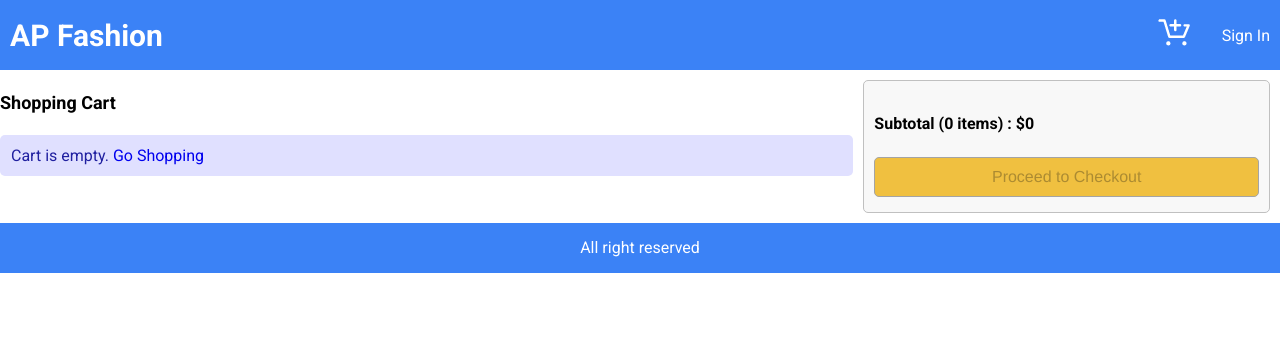
Repository: rexhep/e-commerce
Page: /cart (app in frontend/)
These files come from the project's save history. The page is drawn as it stood at one moment and after the next save; the edit follows.
The browser window is 1280 px wide. The pictures show the whole page.
The project was rebuilt for these pictures with package versions that can differ from the ones it lists, and the page was loaded fresh each time. Also part of the build but not shown: frontend/src/actions/userActions.js, frontend/src/components/clientHeader/ClientHeader.jsx, frontend/src/components/Rating.js, frontend/src/components/Product.js, frontend/src/components/LoadingBox.js, frontend/src/actions/productActions.js, frontend/src/components/clientHeader/HeaderSlider.jsx, frontend/src/pages/HomePage.js and 21 more.

Above is the page before, as saved 2021-10-13 00:43:24.

### frontend/public/index.html
<!DOCTYPE html>
<html lang="en">
  <head>
    <meta charset="utf-8" />
    <link rel="icon" href="%PUBLIC_URL%/favicon.ico" />
    <meta name="viewport" content="width=device-width, initial-scale=1" />
    <meta name="theme-color" content="#000000" />
    <meta
      name="description"
      content="Web site created using create-react-app"
    />
    <link rel="apple-touch-icon" href="%PUBLIC_URL%/logo192.png" />
    <!--
      manifest.json provides metadata used when your web app is installed on a
      user's mobile device or desktop. See https://developers.google.com/web/fundamentals/web-app-manifest/
    -->
    <link rel="manifest" href="%PUBLIC_URL%/manifest.json" />
    <!--
      Notice the use of %PUBLIC_URL% in the tags above.
      It will be replaced with the URL of the `public` folder during the build.
      Only files inside the `public` folder can be referenced from the HTML.

      Unlike "/favicon.ico" or "favicon.ico", "%PUBLIC_URL%/favicon.ico" will
      work correctly both with client-side routing and a non-root public URL.
      Learn how to configure a non-root public URL by running `npm run build`.
    -->
    <link
        rel="stylesheet"
        href="https://cdnjs.cloudflare.com/ajax/libs/font-awesome/4.7.0/css/font-awesome.min.css"
      />
      <link rel="preconnect" href="https://fonts.googleapis.com">
      <link href="https://fonts.googleapis.com/css2?family=Roboto:ital,wght@0,100;0,300;0,400;0,500;0,700;0,900;1,100;1,300;1,400;1,500;1,700;1,900&display=swap" rel="stylesheet">
    <title>React App</title>
  </head>
  <body>
    <noscript>You need to enable JavaScript to run this app.</noscript>
    <div id="root"></div>
    <!--
      This HTML file is a template.
      If you open it directly in the browser, you will see an empty page.

      You can add webfonts, meta tags, or analytics to this file.
      The build step will place the bundled scripts into the <body> tag.

      To begin the development, run `npm start` or `yarn start`.
      To create a production bundle, use `npm run build` or `yarn build`.
    -->
  </body>
</html>

### frontend/src/index.js
import React from 'react';
import { Provider } from 'react-redux';
import ReactDOM from 'react-dom';
import './index.css';
import App from './App';
import reportWebVitals from './reportWebVitals';
import store from './store';

ReactDOM.render(
  <Provider store={store}>
    <React.StrictMode>
      <App />
    </React.StrictMode>
  </Provider>,
  document.getElementById('root')
);

// If you want to start measuring performance in your app, pass a function
// to log results (for example: reportWebVitals(console.log))
// or send to an analytics endpoint. Learn more: https://bit.ly/CRA-vitals
reportWebVitals();

### frontend/src/index.css
html {
  font-size: 62.5%; /* 16px x 62.5 = 10px = 1rem */
  box-sizing: border-box;
}

body {
  margin: 0;
  height: 100vh;
  font-size: 1.6rem;
  font-family: 'Roboto', sans-serif;
  -webkit-font-smoothing: antialiased;
  -moz-osx-font-smoothing: grayscale;
}
#root {
  height: 100%;
}

/* Layout */
.primary-container {
  margin-top: 20px;
}
.grid-container {
  display: grid;
  grid-template-areas:
  'header'
  'main'
  'footer';
  grid-template-columns: 1fr;
  grid-template-rows: 5rem 1fr 5rem;
  height: 100%;
}

header {
  grid-area: header;
  background-color: #3B82F6;
  height: 50px;
}

main {
  /* grid-area: main;
  padding: 1rem; */
}

footer {
  grid-area: footer;
  background-color: #3B82F6;
  height: 50px;
  color: #fff
}
/* Common */
h1 {
  font-size: 1.8rem;
  padding: 1rem 0;
}

h2 {
  font-size: 1.6rem;
  padding: 1rem 0;
}
a {
  text-decoration: none;
}
a:hover {
  color: #ff8000;
}
ul {
  padding: 0;
  margin: 0;
  list-style-type: none;
}
li {
  margin-top: 1rem;
}

.mr-20 {
  margin-right: 20px;
}

input,
select,
textarea,
button {
  padding: 1rem;
  border-radius: 0.5rem;
  border: 0.1rem #a4a4a4 solid;
  font-size: 1.6rem;
  font-family: Helvetica, Arial, sans-serif;
  -webkit-font-smoothing: antialiased;
  -moz-osx-font-smoothing: grayscale;
}

button {
  background-color: #f8f8f8;
  cursor: pointer;
}

#fade-button {
  color: #fff;
  font-size: 1.6rem;
}
#fade-button:hover {
  border: none;
}

input:hover,
select:hover,
textarea:hover,
button:hover {
  border: 0.1rem #404040 solid;
}
button.primary {
  background-color: #f0c040;
}
button.block {
  width: 100%;
}

button.small {
  font-size: 1.2rem;
}

/* Header */
header {
  color: #fff;
  padding: 1rem;
}
header div a {
  color: #fff;
}
a.brand {
  color: white;
  font-size: 3rem;
  font-weight: bold;
}
.badge {
  background-color: #f02020;
  color: #ffffff;
  border-radius: 50%;
  padding: 0.2rem 0.7rem;
  font-size: 1.4rem;
  margin-left: 0.2rem;
}
.row {
  display: flex;
  flex-wrap: wrap;
  justify-content: space-between;
  align-items: center;
}
.row.center {
  justify-content: center;
}
.row.top {
  align-items: flex-start;
}
.col-1 {
  flex: 1 1 25rem;
}
.col-2 {
  flex: 2 1 50rem;
}

.min-30 {
  min-width: 30rem;
}

/* Image */
img {
  border-radius: 0.5rem;
}
img.small {
  max-width: 5rem;
  width: 100%;
}
img.medium {
  max-width: 29rem;
  width: 100%;
}
img.large {
  width: 100%;
}
img.custom-image {
  max-width: 29rem;
  width: 100%;
  max-height: 600px;
  height: 100%;
}

/* SLIDER */
.slider-cover {
  float: left;
  width: 100%;
  height: 800px;
}

.slider-cover .desc {
  position: absolute;
  left: 50%;
  top: 50%;
  transform: translate(-50%, -50%);
  -ms-transform: translate(-50%, -50%); /* for IE 9 */
  -webkit-transform: translate(-50%, -50%); /* for Safari */
}

.slider-cover .desc h2.title {
  font-size: 32px;
  color: #fff;
  text-align: center;
  font-weight: 700;
}

.slider-cover .desc p {
  color: #fff;
  font-size: 16px;
  text-align: center;
  font-weight: 300;
}


/* Card */
.card {
  border: 0.1rem #c0c0c0 solid;
  background-color: #f8f8f8;
  border-radius: 0.5rem;
  margin: 1rem;
}
.card-body {
  padding: 1rem;
}

.card-body > * {
  margin-bottom: 0.5rem;
}

.custom-card {
  overflow: visible !important;
}

.custom-item, .custom-card {
  box-shadow: none !important;
  border-radius: 0 !important;
}

.custom-item {
  border:solid 1px #ccc9c9;
}

.custom-card-content a h2 {
  font-size: 18px;
  color: #1F2937;
  font-weight: 300;
    text-transform: uppercase;
}

.custom-card-content .rating span {
  font-size: 14px;
  font-weight: 300;
}

.custom-card-content .price {
  font-size: 18px;
  font-weight: 700;
  padding-top: 20px;
}

.custom-card img {
  border-radius: 0;
}

.test {
  z-index: 9999;
  background-color: red;
}

.price {
  font-size: 2rem;
}

/* Rating */
.rating span {
  color: #f0c040;
  margin: 0.1rem;
}
.rating span:last-child {
  color: #404040;
}

/* Alert */
.loading {
  display: block !important;
}
.success {
  color: #20a020;
}
.danger {
  color: #a02020;
}

.alert {
  padding: 1rem;
  border: 0.1rem solid transparent;
  border-radius: 0.5rem;
}
.alert-info {
  color: #2020a0;
  background-color: #e0e0ff;
}
.alert-danger {
  color: #a02020;
  background-color: #ffe0e0;
}

.alert-success {
  color: #20a020;
  background-color: #eeffe0;
}

/* Form */
.form {
  max-width: 60rem;
  margin: 0 auto;
}
.form > div {
  display: flex;
  flex-direction: column;
  margin: 1rem;
}
.form label {
  margin: 1rem 0;
}

/* Dropdown */
.dropdown {
  display: inline-block;
  position: relative;
}
.dropdown-content {
  position: absolute;
  display: none;
  right: 0;
  min-width: 12rem;
  padding: 1rem;
  z-index: 1;
  background-color: #203040;
  margin: 0;
  margin-top: 0.4rem;
  border-radius: 0.5rem;
}
.dropdown:hover .dropdown-content {
  display: block;
}

/* Checkout Steps */
.checkout-steps > div {
  border-top: 0.3rem #c0c0c0 solid;
  color: #c0c0c0;
  flex: 1;
  padding: 1rem;
  font-weight: bold;
}
.checkout-steps > div.active {
  border-top-color: #f08000;
  color: #f08000;
}

/* Table */
.table {
  width: 100%;
  border-collapse: collapse;
}
.table tbody tr:nth-of-type(odd) {
  background-color: #f4f4f4;
}
.table td,
.table th {
  text-align: left;
  border: 0.1rem solid #e4e4e4;
  padding: 0.5rem;
}
.table button {
  margin: 0 0.2rem;
}

/* font-SIZE */
.fontSize, .fontSize a {
  font-size: 1.6rem !important;
  color: #333 !important;
}
.fontSize-avatar {
  color: #fff;
  font-size: 1.6rem !important;
}

/* AVATAR ICON */
.avatar-icon {
  margin-left: 10px !important;
}
.avatar-icon:hover {
  border: 0;
}

/* SPINNER */
.spinner-box {
  width: 100%;
  height: 85vh;
  display: flex;
  justify-content: center;
  align-items: center;
  background-color: transparent;
}
.three-quarter-spinner {
  width: 50px;
  height: 50px;
  border: 3px solid #fb5b53;
  border-top: 3px solid transparent;
  border-radius: 50%;
  animation: spin .5s linear 0s infinite;
}

/* END SPINNER */

/* PRODUCT DETAILS */
.product-details {
  padding: 20px;
}
.product-details-image {
  width: 100%;
}

.product-details-image img {
  width: auto;
  max-height: 500px;
  margin: 0 auto;
  display: block;
  border: solid 1px;
  border-radius: 0;
}

.product-details h1 {
  text-transform: uppercase;
  font-family: 'Roboto', sans-serif;
}

.product-details ul li {
  font-family: 'Roboto', sans-serif;
  font-weight: 300;
}

/* END PRODUCT DETAILS */

/* KEYFRAMES */

@keyframes spin {
  from {
    transform: rotate(0);
  }
  to{
    transform: rotate(359deg);
  }
}

@keyframes spin3D {
  from {
    transform: rotate3d(.5,.5,.5, 360deg);
  }
  to{
    transform: rotate3d(0deg);
  }
}

@keyframes configure-clockwise {
  0% {
    transform: rotate(0);
  }
  25% {
    transform: rotate(90deg);
  }
  50% {
    transform: rotate(180deg);
  }
  75% {
    transform: rotate(270deg);
  }
  100% {
    transform: rotate(360deg);
  }
}

@keyframes configure-xclockwise {
  0% {
    transform: rotate(45deg);
  }
  25% {
    transform: rotate(-45deg);
  }
  50% {
    transform: rotate(-135deg);
  }
  75% {
    transform: rotate(-225deg);
  }
  100% {
    transform: rotate(-315deg);
  }
}

@keyframes pulse {
  from {
    opacity: 1;
    transform: scale(1);
  }
  to {
    opacity: .25;
    transform: scale(.75);
  }
}

### frontend/src/components/privateRoute.js
import React from 'react';
import { useSelector } from 'react-redux';
import { Redirect, Route } from 'react-router-dom';

export default function PrivateRoute({ component: Component, ...rest }) {
    const userSignin = useSelector((state) => state.userSignin);
    const { userInfo } = userSignin;
    return (
        <Route
            {...rest}
            render={(props) =>
                userInfo ? (
                    <Component {...props}></Component>
                ) : (
                    <Redirect to="/signin" />
                )
            }
        ></Route>
    );
}

### frontend/src/pages/CartPage.js
import React, { useEffect } from 'react';
import { useDispatch, useSelector } from 'react-redux';
import { Link } from 'react-router-dom';
import { addToCart, removeFromCart } from '../actions/cartActions';
import ClientNavbar from '../components/clientHeader/ClientNavbar';
import MessageBox from '../components/MessageBox';

export default function CartPage(props) {
    const productId = props.match.params.id;
    const qty = props.location.search
        ? Number(props.location.search.split('=')[1])
        : 1;

    const cart = useSelector(state => state.cart);
    const { cartItems } = cart;
    const dispatch = useDispatch();

    console.log('cartItems', cartItems);
    console.log('cart', cart);
    console.log('length', cartItems.length);

    useEffect(() => {
        if (productId) {
            dispatch(addToCart(productId, qty));
        }
    }, [dispatch, productId, qty]);

    const removeFromCartHandler = (id) => {
        // delete action
        dispatch(removeFromCart(id));
    };

    const checkoutHandler = () => {
        props.history.push('/signin?redirect=shipping');
    }

    return (
        <>
            <ClientNavbar />
            <div className="row top">
                <div className="col-2">
                    <h1>Shopping Cart</h1>
                    {cartItems.length === 0 ? (
                        <MessageBox>
                            Cart is empty. <Link to="/">Go Shopping</Link>
                        </MessageBox>
                    ) : (
                        <ul>
                            {cartItems.map((item) => (
                                <li key={item.product}>
                                    <div className="row">
                                        <div>
                                            <img
                                                src={item.image}
                                                alt={item.name}
                                                className="small"
                                            ></img>
                                        </div>
                                        <div className="min-30">
                                            <Link to={`/product/${item.product}`}>{item.name}</Link>
                                        </div>
                                        <div>
                                            <select
                                                value={item.qty}
                                                onChange={(e) =>
                                                    dispatch(
                                                        addToCart(item.product, Number(e.target.value))
                                                    )
                                                }
                                            >
                                                {[...Array(item.countInStock).keys()].map((x) => (
                                                    <option key={x + 1} value={x + 1}>
                                                        {x + 1}
                                                    </option>
                                                ))}
                                            </select>
                                        </div>
                                        <div>${item.price}</div>
                                        <div>
                                            <button
                                                type="button"
                                                onClick={() => removeFromCartHandler(item.product)}
                                            >
                                                Delete
                                            </button>
                                        </div>
                                    </div>
                                </li>
                            ))}
                        </ul>
                    )}
                </div>
                <div className="col-1">
                    <div className="card card-body">
                        <ul>
                            <li>
                                <h2>
                                    Subtotal ({cartItems.reduce((a, c) => a + c.qty, 0)} items) : $
                                    {cartItems.reduce((a, c) => a + c.price * c.qty, 0)}
                                </h2>
                            </li>
                            <li>
                                <button
                                    type="button"
                                    onClick={checkoutHandler}
                                    className="primary block"
                                    disabled={cartItems.length === 0}
                                >
                                    Proceed to Checkout
                                </button>
                            </li>
                        </ul>
                    </div>
                </div>
            </div >
        </>
    )
}

### frontend/src/components/AdminRoute.js
import React from 'react';
import { useSelector } from 'react-redux';
import { Redirect, Route } from 'react-router-dom';

export default function AdminRoute({ component: Component, ...rest }) {
    const userSignin = useSelector((state) => state.userSignin);
    const { userInfo } = userSignin;
    return (
        <Route
            {...rest}
            render={(props) =>
                userInfo && userInfo.isAdmin ? (
                    <Component {...props}></Component>
                ) : (
                    <Redirect to="/signin" />
                )
            }
        ></Route>
    )
}

### frontend/src/reducers/cartReducers.js
import { CART_ADD_ITEM, CART_EMPTY, CART_REMOVE_ITEM, CART_SAVE_PAYMENT_METHOD, CART_SAVE_SHIPPING_ADDRESS } from '../constants/cartContstant';

export const cartReducer = (state = { cartItems: [] }, action) => {
    switch (action.type) {
        case CART_ADD_ITEM:
            const item = action.payload;
            const existItem = state.cartItems.find(x => x.product === item.product);
            if (existItem) {
                return {
                    ...state,
                    cartItems: state.cartItems.map(x =>
                        x.product === existItem.product ? item : x
                    ),

                }
            } else {
                return { ...state, cartItems: [...state.cartItems, item] };
            }

        case CART_REMOVE_ITEM:
            return {
                ...state,
                cartItems: state.cartItems.filter(x => x.product !== action.payload)
                // cartItems: state.cartItems.filter((x) => x.product !== action.payload),
            };

        case CART_SAVE_SHIPPING_ADDRESS:
            return { ...state, shippingAddress: action.payload }

        case CART_SAVE_PAYMENT_METHOD:
            return { ...state, paymentMethod: action.payload }

        case CART_EMPTY:
            return { ...state, cartItems: [] }

        default:
            return state;
    }
}

### frontend/src/actions/cartActions.js
import Axios from "axios";
import { CART_ADD_ITEM, CART_REMOVE_ITEM, CART_SAVE_PAYMENT_METHOD, CART_SAVE_SHIPPING_ADDRESS } from '../constants/cartContstant'

export const addToCart = (productId, qty) => async (dispatch, getState) => {
    const { data } = await Axios.get(`/api/products/${productId}`);

    dispatch({
        type: CART_ADD_ITEM,
        payload: {
            name: data.name,
            image: data.image,
            price: data.price,
            countInStock: data.countInStock,
            product: data._id,
            qty
        }
    });
    localStorage.setItem('cartItems', JSON.stringify(getState().cart.cartItems));
};

export const removeFromCart = (productId) => (dispatch, getState) => {
    dispatch({
        type: CART_REMOVE_ITEM,
        payload: productId
    });
    localStorage.setItem('cartItems', JSON.stringify(getState().cart.cartItems));
}

// payload: data => data contains all the data from ShippindAddressPage (dispatch) like: fullName, address, city, postalCode, country
export const saveShippingAddress = (data) => (dispatch) => {
    dispatch({
        type: CART_SAVE_SHIPPING_ADDRESS,
        payload: data,
    });
    localStorage.setItem('shippingAddress', JSON.stringify(data));
}

export const savePaymentMethod = (data) => (dispatch) => {
    dispatch({
        type: CART_SAVE_PAYMENT_METHOD,
        payload: data
    })
}

### frontend/src/components/clientHeader/ClientNavbar.jsx
import React from 'react';
import { useSelector } from 'react-redux';
import { Link } from 'react-router-dom';
import { makeStyles } from '@material-ui/core';
import addToCartImage from '../../components/clientHeader/images/add-to-cart.png';
import ClientHeader from '../clientHeader/ClientHeader';

const useStyles = makeStyles((theme) => ({
    dashboardDropdown: {
        padding: "0px 10px",
        '& a': {
            textTransform: 'uppercase'
        }
    },
    addToCartSector: {
        position: 'relative',
        marginLeft: 'auto',
        '& .badge': {
            position: "absolute",
            right: -15
        }
    },
    rowHeader: {
        display: "flex",
        alignItems: "center",
        justifyContent: "flex-end",
        flexWrap: "wrap",
        rowGap: "10px",
        columnGap: "2em"
    }
  }));

export default function ClientNavbar() {
    const classes = useStyles();
    const cart = useSelector(state => state.cart);
    const { cartItems } = cart;

    const userSignin = useSelector((state) => state.userSignin);
    const { userInfo } = userSignin;

    return (
        <div>
                <header className={classes.rowHeader}>
                    <div>
                        <Link className="brand" to="/">AP Fashion</Link>
                    </div>
                    <div className={classes.addToCartSector}>
                        <Link to="/cart">
                        <img src={addToCartImage} alt="Add to cart" />
                            {cartItems.length > 0 && (
                                <span className="badge">{cartItems.length}</span>
                            )}
                        </Link>
                    </div>
                    <div>
                        {userInfo ? (
                            <div className="dropdown">
                                <ClientHeader />
                            </div>
                        ) : (
                            <Link to="/signin">Sign In</Link>
                        )}
                        {userInfo && userInfo.isAdmin && (
                            <div className={`${classes.dashboardDropdown} dropdown`}>
                                <Link to="/dashboard">Dashboard</Link>
                            </div>
                        )}
                    </div>
                </header>
            </div>
    )
}

### frontend/src/constants/orderConstants.js
export const ORDER_CREATE_REQUEST = 'ORDER_CREATE_REQUEST';
export const ORDER_CREATE_SUCCESS = 'ORDER_CREATE_SUCCESS';
export const ORDER_CREATE_FAIL = 'ORDER_CREATE_FAIL';
export const ORDER_CREATE_RESET = 'ORDER_CREATE_RESET';

export const ORDER_PAY_REQUEST = 'ORDER_PAY_REQUEST';
export const ORDER_PAY_SUCCESS = 'ORDER_PAY_SUCCESS';
export const ORDER_PAY_FAIL = 'ORDER_PAY_FAIL';
export const ORDER_PAY_RESET = 'ORDER_PAY_RESET';


export const ORDER_DETAILS_REQUEST = 'ORDER_DETAILS_REQUEST';
export const ORDER_DETAILS_SUCCESS = 'ORDER_DETAILS_SUCCESS';
export const ORDER_DETAILS_FAIL = 'ORDER_DETAILS_FAIL';

export const ORDER_MINE_LIST_REQUEST = 'ORDER_MINE_LIST_REQUEST';
export const ORDER_MINE_LIST_SUCCESS = 'ORDER_MINE_LIST_SUCCESS';
export const ORDER_MINE_LIST_FAIL = 'ORDER_MINE_LIST_FAIL';

export const MENAGE_ORDERS_REQUEST = 'MENAGE_ORDERS_REQUEST';
export const MENAGE_ORDERS_SUCCESS = 'MENAGE_ORDERS_SUCCESS';
export const MENAGE_ORDERS_FAIL = 'MENAGE_ORDERS_FAIL';

export const CHANGE_ORDER_DELIVERY_REQUEST = 'CHANGE_ORDER_DELIVERY_REQUEST';
export const CHANGE_ORDER_DELIVERY_SUCCESS = 'CHANGE_ORDER_DELIVERY_SUCCESS';
export const CHANGE_ORDER_DELIVERY_FAIL = 'CHANGE_ORDER_DELIVERY_FAIL';

### frontend/src/constants/userConstants.js
export const USER_REGISTER_REQUEST = 'USER_REGISTER_REQUEST';
export const USER_REGISTER_SUCCESS = 'USER_REGISTER_SUCCESS';
export const USER_REGISTER_FAIL = 'USER_REGISTER_FAIL';

export const USER_SIGNIN_REQUEST = 'USER_SIGNIN_REQUEST';
export const USER_SIGNIN_SUCCESS = 'USER_SIGNIN_SUCCESS';
export const USER_SIGNIN_FAIL = 'USER_SIGNIN_FAIL';

export const USER_SIGNOUT = 'USER_SIGNOUT';

export const USER_DETAILS_REQUEST = 'USER_DETAILS_REQUEST';
export const USER_DETAILS_SUCCESS = 'USER_DETAILS_SUCCESS';
export const USER_DETAILS_FAIL = 'USER_DETAILS_FAIL';

export const USER_UPDATE_PROFILE_REQUEST = 'USER_UPDATE_PROFILE_REQUEST';
export const USER_UPDATE_PROFILE_SUCCESS = 'USER_UPDATE_PROFILE_SUCCESS';
export const USER_UPDATE_PROFILE_FAIL = 'USER_UPDATE_PROFILE_FAIL';
export const USER_UPDATE_PROFILE_RESET = 'USER_UPDATE_PROFILE_RESET';

export const ADMIN_ALL_USERS_REQUEST = 'ADMIN_ALL_USERS_REQUEST';
export const ADMIN_ALL_USERS_SUCCESS = 'ADMIN_ALL_USERS_SUCCESS';
export const ADMIN_ALL_USERS_FAIL = 'ADMIN_ALL_USERS_FAIL';

### frontend/src/constants/productContants.js
export const PRODUCT_LIST_REQUEST = 'PRODUCT_LIST_REQUEST';
export const PRODUCT_LIST_SUCCESS = 'PRODUCT_LIST_SUCCESS';
export const PRODUCT_LIST_FAIL = 'PRODUCT_LIST_FAIL';

export const PRODUCT_DETAILS_REQUEST = 'PRODUCT_DETAILS_REQUEST';
export const PRODUCT_DETAILS_SUCCESS = 'PRODUCT_DETAILS_SUCCESS';
export const PRODUCT_DETAILS_FAIL = 'PRODUCT_DETAILS_FAIL';

export const PRODUCT_REGISTER_REQUEST = 'PRODUCT_REGISTER_REQUEST';
export const PRODUCT_REGISTER_SUCCESS = 'PRODUCT_REGISTER_SUCCESS';
export const PRODUCT_REGISTER_FAIL = 'PRODUCT_REGISTER_FAIL';

Loaded but not shown: frontend/src/reportWebVitals.js (common file); frontend/src/components/MessageBox.js (common file); frontend/src/constants/cartContstant.js (common file); frontend/src/reducers/orderReducers.js (108 lines, source omitted); frontend/src/reducers/userReducer.js (70 lines, source omitted); frontend/src/App.js (50 lines, source omitted); frontend/src/store.js (53 lines, source omitted); frontend/src/reducers/productReducers.js (40 lines, source omitted)

After the next save:
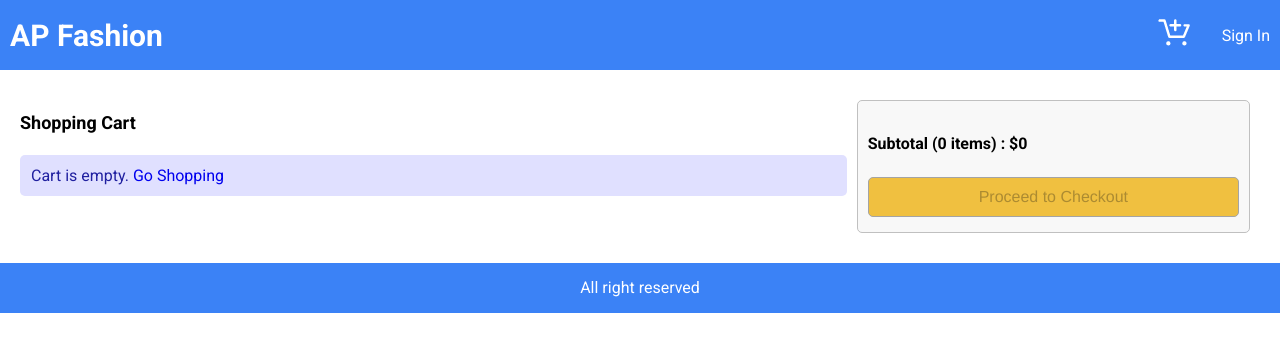
Saved 15 min 2 s later.
--- a/frontend/src/pages/CartPage.js
+++ b/frontend/src/pages/CartPage.js
@@ -1,11 +1,37 @@
 import React, { useEffect } from 'react';
+import { Button, makeStyles } from "@material-ui/core";
+import { orange } from '@mui/material/colors';
 import { useDispatch, useSelector } from 'react-redux';
 import { Link } from 'react-router-dom';
 import { addToCart, removeFromCart } from '../actions/cartActions';
 import ClientNavbar from '../components/clientHeader/ClientNavbar';
 import MessageBox from '../components/MessageBox';
 
+const useStyles = makeStyles((theme) => ({
+    backButton: {
+        color: theme.palette.primary.contrastText,
+        background: orange[700],
+        fontSize: theme.typography.h6.fontSize,
+        fontWeight: theme.typography.h6.fontWeight,
+        letterSpacing: theme.typography.h6.letterSpacing,
+
+        '&:hover': {
+            background: orange[900],
+            border: 'none !important'
+        }
+    },
+    mainGrid: {
+        height: '100vh',
+        width: '100%',
+        fontSize: '14px'
+    },
+    cardRow: {
+        padding: 20
+    }
+}));
+
 export default function CartPage(props) {
+    const classes = useStyles();
     const productId = props.match.params.id;
     const qty = props.location.search
         ? Number(props.location.search.split('=')[1])
@@ -14,10 +40,6 @@ export default function CartPage(props) {
     const cart = useSelector(state => state.cart);
     const { cartItems } = cart;
     const dispatch = useDispatch();
-
-    console.log('cartItems', cartItems);
-    console.log('cart', cart);
-    console.log('length', cartItems.length);
 
     useEffect(() => {
         if (productId) {
@@ -37,7 +59,7 @@ export default function CartPage(props) {
     return (
         <>
             <ClientNavbar />
-            <div className="row top">
+            <div className={`${classes.cardRow} row top`}>
                 <div className="col-2">
                     <h1>Shopping Cart</h1>
                     {cartItems.length === 0 ? (
